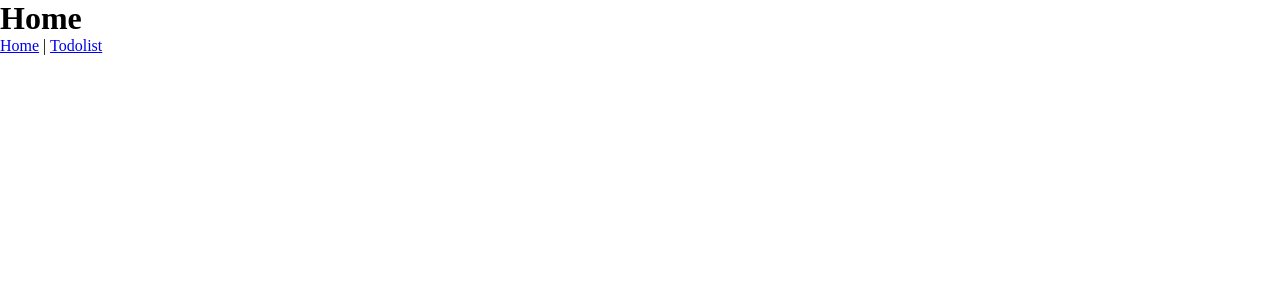
Repository: phamhac178/todolist-reactjs
Page: /
The author's editor kept a copy of each file at every save. The page is drawn from the files as they stood at one save, then again after a run of saves.
The browser window is 1280 px wide. The pictures show the whole page.
Some web libraries are served in a nearby version. The project was rebuilt for these pictures with package versions that can differ from the ones it lists, and the page was loaded fresh each time. Also part of the build but not shown: src/Components/Form.js, src/Components/Header.js, src/Components/TodoList.js, src/Components/Todos.js.

Above is the page before, as saved 2022-07-18 16:44:51.

After the next 2 saves:
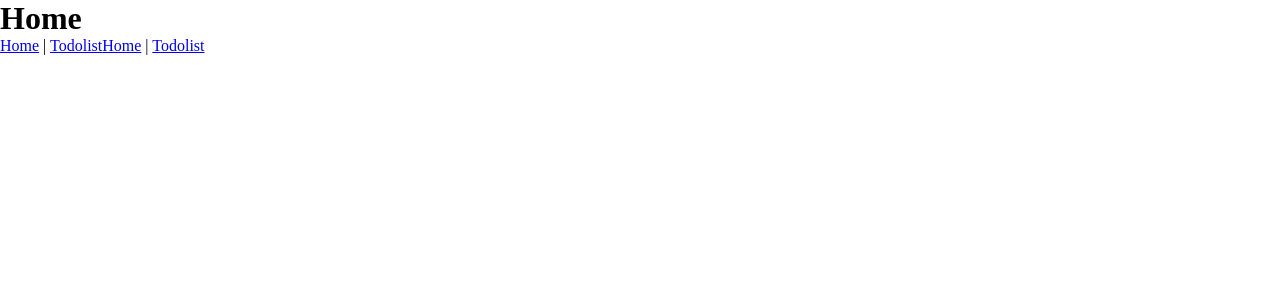
The 2 saves are shown as one change because 1 did not build or start.
The last was saved 28 s later.
--- a/src/Components/Menu.js
+++ b/src/Components/Menu.js
@@ -5,6 +5,7 @@ function Menu() {
             <h1>Home</h1>
             <nav>
                 <Link to="/">Home</Link> | <Link to="Todolist">Todolist</Link>
+                <Link to="/">Home</Link> | <Link to="Todolist">Todolist</Link>
             </nav>
         </div>
     );
